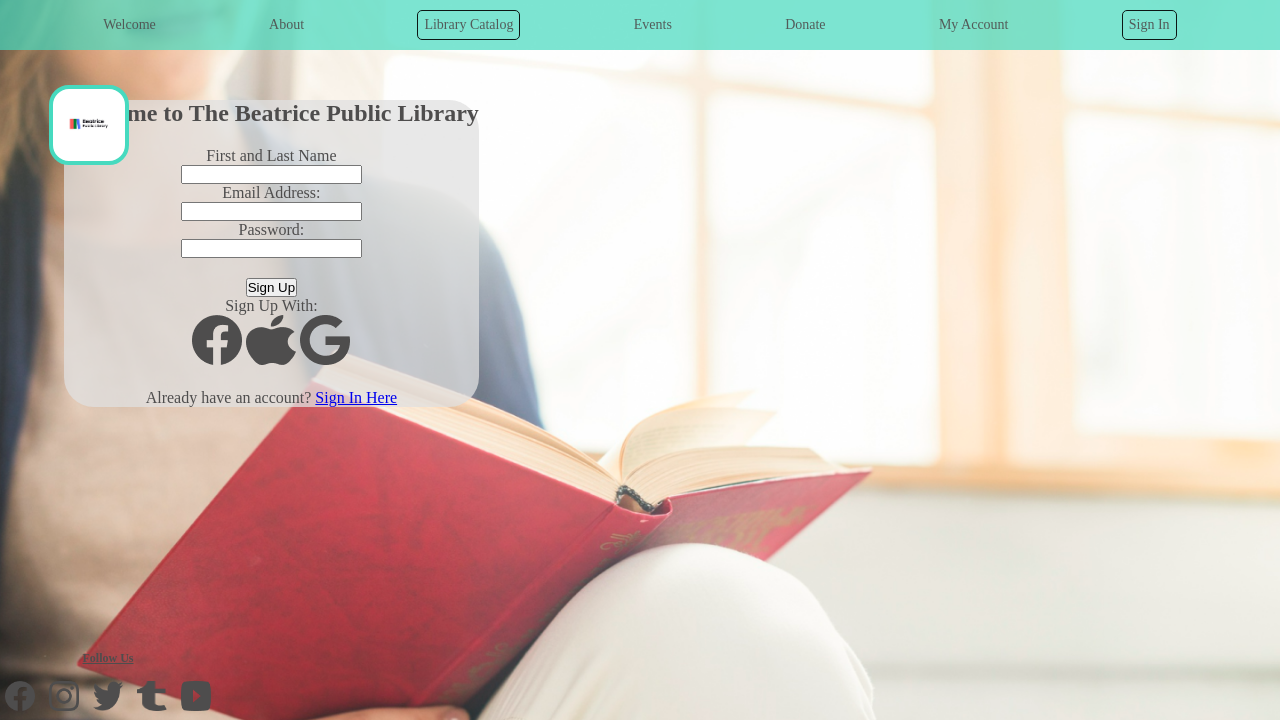
Repository: cokoduwa/RA-Wk5-Library
Page: createprofile.html
The author's editor kept a copy of each file at every save. The page is drawn from the files as they stood at one save, then again after the next save.
The browser window is 1280 px wide. The pictures show the whole page.

Above is the page before, as saved 2023-01-27 20:25:19.

### createprofile.html
<!DOCTYPE html>
<html lang="en">
<head>
    <meta charset="UTF-8">
    <meta http-equiv="X-UA-Compatible" content="IE=edge">
    <meta name="viewport" content="width=device-width, initial-scale=1.0">
    <link rel="stylesheet" href="index.css">
    <title>Create Profile</title>
</head>
<body>
    <div class="back-img-3">
        <div class="back-color">
            <nav>
                <div class="menu-options">
                    <a href="index.html">Welcome</a>
                    <a href="about.html">About</a>
                    <a class="nav-link" href="#">Library Catalog</a>
                    <a href="#">Events</a>
                    <a href="#">Donate</a>
                    <a href="#">My Account</a>
                    <a class="nav-link" href="signin.html">Sign In</a>
                </div>
            </nav>

            <main>
                <div class="sections">

                    <section id="create" class="card">
                        <img id="logo" src="images/BPLcanvaLogo.jpeg" alt="BPL Logo">

                        <h1>Welcome to The Beatrice Public Library</h1>

                        <form action="">
                            <label for="fullname">First and Last Name</label><br>
                            <input type="text" name="fullname" id="fullname"><br>
                            <label for="email">Email Address:</label><br>
                            <input type="email" name="email" id="email"><br>
                            <label for="">Password:</label><br>
                            <input type="password" name="password" id="password">
                        </form>

                        <div class="sign-up">
                            <button id="sign">Sign Up</button>

                            <p>Sign Up With:</p>

                            <div class="socials">
                                <img src="images/facebook.png" alt="">
                                <img src="images/apple.png" alt="">
                                <img src="images/google.png" alt="">
                            </div>

                        </div>

                        <p class="member">Already have an account? <a href="signin.html">Sign In Here</a></p>

                    </section>

                </div>

            </main>

            <footer id="footer">
                <h3>Follow Us</h3>
                <img class="social-media-logos" src="images/facebook.png" alt="Facebook Logo">
                <img class="social-media-logos" src="images/instagram.png" alt="Instagram Logo">
                <img class="social-media-logos" src="images/twitter.png" alt="Twitter Logo">
                <img class="social-media-logos" src="images/tumblr.png" alt="Tumblr Logo">
                <img class="social-media-logos" src="images/youtube.png" alt="YouTube Logo">
            </footer>

        </div>
    </div>


</body>
</html>

### index.css
*{
    padding:0;
    margin:0;
    box-sizing: border-box;
}

body {
    color: #4E4D4D;
    font-family: 'Arial Rounded MT Bold';
    width: 100%;
}

.back-color {
    background-color: rgb(70, 218, 191, 0.7);
}

.back-img-1 {
    height: 100%;
    background-position: center;
    background-size: contain;
    background-image: url("images/library.png");

}

/****** Navigation Bar/Menu for all pages ******/
.menu-options{
    display: flex;
    justify-content: space-evenly;
    align-items: center;
    gap: 10px;
    opacity: 0.9;
    padding:10px 0;
}

nav a {
    text-decoration: none;
    color: #4E4D4D;
    font-size: 8px;
}
.nav-link {
    border-radius: 5px;
    border: 1px solid black;
    padding: 6px;
}

/***** Main Sections ******/
.sections {
    width: 90%;
    margin: 0 auto;

}

.card {
    background-color: rgba(224, 224, 224, 0.75);
    position: relative;
    border-radius: 30px;
    margin: 50px 0;
}


/****** First Section - Intro ******/

.intro {
    text-align: center;
    padding: 40px;
    margin: 10px auto;
}

.intro p {
    padding: 10px auto;
    font-size: 12px;
    line-height: 20px;
}

.intro h3 {
    font-size: 14px;
}

.intro button {
    font-size: 12px;
    padding: 5px;
    margin: 10px auto;
    background-color: rgb(70, 218, 191, 0.6);
    border-radius: 5px;
    border: solid 1px;
}

.intro-img {
    border-radius: 30px;
    border: 4px solid #46DABF;
    width: 60%;
    margin: 10px;
}

#logo {
    width: 80px;
    height: 80px;
    border-radius: 20px;
    border: 4px solid #46DABF;
    padding: 10px;
    position: absolute;
    top: -15px;
    left: -15px;
    background-color: white;
}

#logo img {
    width: 100%;
}


/****** Second Section - Info ******/

.info {
    display:grid;
    grid-template-columns: 1fr 1fr;
    padding: 40px;
    margin: 10px auto;
    text-align: center;
}

.info p, .info ul {
    padding: 10px auto;
    font-size: 12px;
}

#info h2 {
    font-size: 18px;
    padding-top: 10px;
}

.info h3 {
    font-size: 14px;
}

li {
    list-style: none;
}

#info{
    text-align: center;

}

.donate {
    margin: 10px auto;
    padding: 10px auto;
    font-size: 12px;
}

.donate p {
    margin: 10px auto;
}

#info button {
    font-size: 12px;
    padding: 5px;
    margin: 10px auto;
    background-color: rgb(70, 218, 191, 0.6);
    border-radius: 5px;
    border: solid 1px;
}


/****** Third Section - Events ******/

.events {
    text-align: center;
    padding: 40px;
    margin: 10px auto;
}

.event-types{
    display: flex;
    justify-content: center;
}

.child img, .adult img {
    width: 100%;
    height: 100%;
}

.event-types button {
    font-size: 12px;
    padding: 5px;
    background-color: rgba(224, 224, 224, 0.75);
    border-radius: 5px;
    border: solid 1px;
}

.events h2{
    font-size: 18px;
    padding-top: 10px;
}

.events p {
    padding: 10px;
    font-size: 12px;
    line-height: 20px;
}

/******* About Page  *****/

.back-img-2 {
    width:100%;
    height: 100vh;
    background-position: center;
    background-size: contain;
    background-image: url("images/books-plant.png");
}

#about {
    display: flex;
    flex-direction: column;
    justify-content: center;
    align-items: center;
    padding: 0px;
    gap: 20px;
    position: absolute;
    text-align: center;
}

/******* Catalog Page *****/





/******* Create Profile Page *****/

.back-img-3 {
    background-image: url("images/SignIn-Background.png");
    width:100%;
    height: 100vh;
    background-position: center;
    background-size: cover;
    background-repeat: no-repeat;
}

#create {
    display: flex;
    flex-direction: column;
    justify-content: center;
    align-items: center;
    padding: 0px;
    gap: 20px;
    position: absolute;
    text-align: center;
}


/****** Footer for all pages ******/

footer {
    text-align: center;
}

footer h3 {
    font-size: 12px;
    text-decoration: underline;
    padding: 10px;
}

#footer {
    position: absolute;
    bottom: 0;
}

.social-media-logos{
    width: 2.5em;
    height: 2.5em;
    padding: .3em;
}


/***** Media Queries *****/

/* Medium devices (landscape tablets, 768px and up) */
@media only screen and (min-width: 768px) {
    nav a {
        font-size: 14px;
    }

    .intro p {
        font-size: 16px;
    }

    .intro h3 {
        font-size: 18px;
    }

    .donate p {
        margin: 10px auto;
        padding: 0 100px;
    }

}
/* Large devices (laptops/desktops, 992px and up) */
@media only screen and (min-width: 992px) {

    .intro p {
        font-size: 14px;
    }

    .intro h3 {
        font-size: 24px;
    }

    .donate p {
        margin: 10px auto;
        padding: 20px auto;
        font-size: 14px;
    }

    .intro button, #info button, .event-types button {
        font-size: 14px;
    }
}

After the next save:
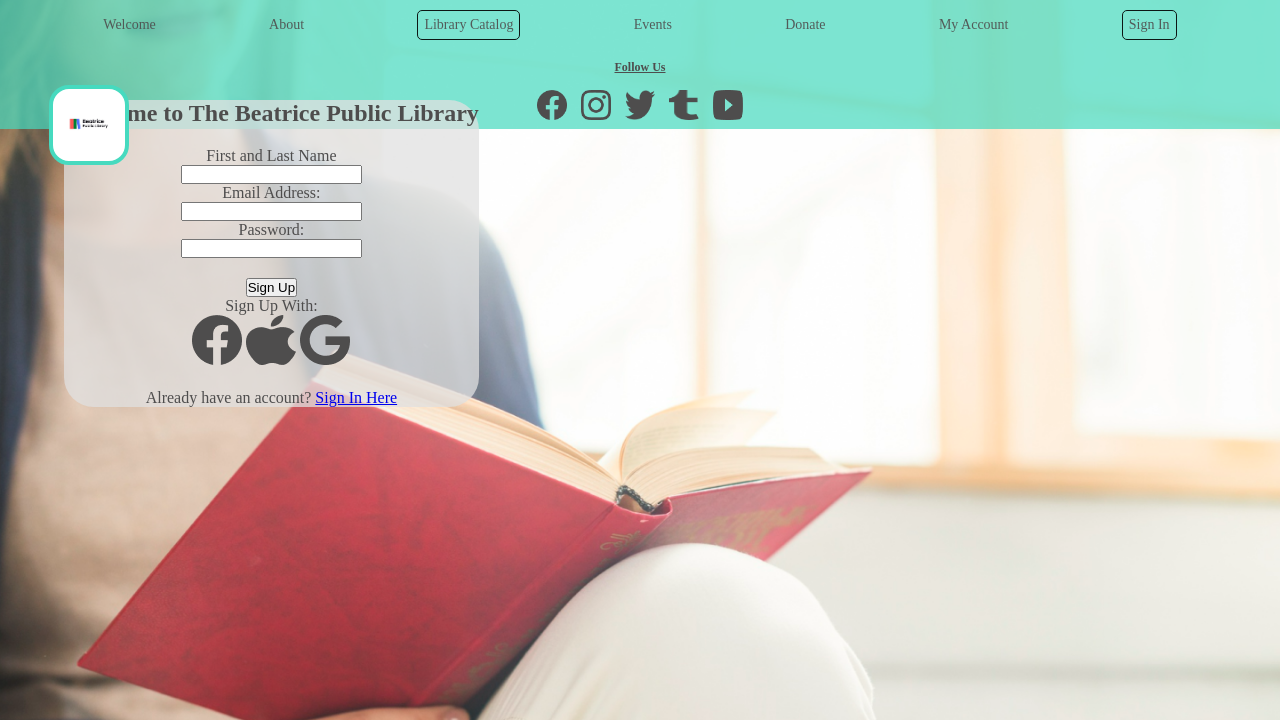
Saved 88 s later.
--- a/createprofile.html
+++ b/createprofile.html
@@ -60,7 +60,7 @@
 
             </main>
 
-            <footer id="footer">
+            <footer>
                 <h3>Follow Us</h3>
                 <img class="social-media-logos" src="images/facebook.png" alt="Facebook Logo">
                 <img class="social-media-logos" src="images/instagram.png" alt="Instagram Logo">
